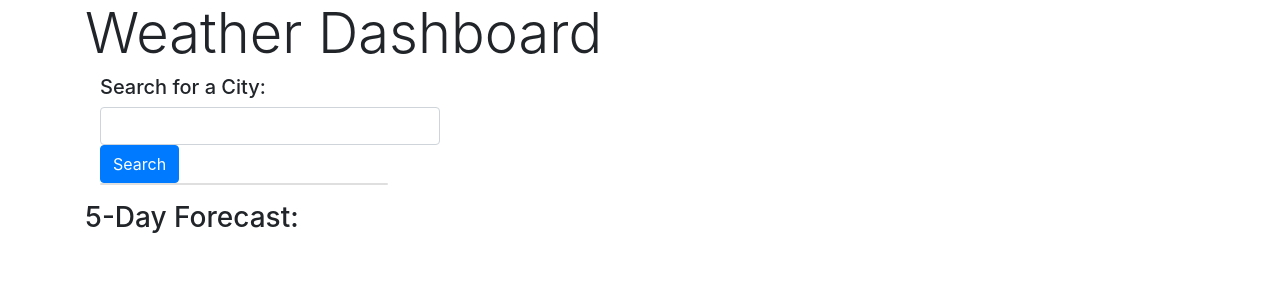
Repository: LaBrewT2/weather-dashboard
Page: index.html
The author's editor kept a copy of each file at every save. The page is drawn from the files as they stood at one save, then again after the next save.
The browser window is 1280 px wide. The pictures show the whole page.
Some web libraries are served in a nearby version.

Above is the page before, as saved 2021-01-02 11:49:50.

After the next save:
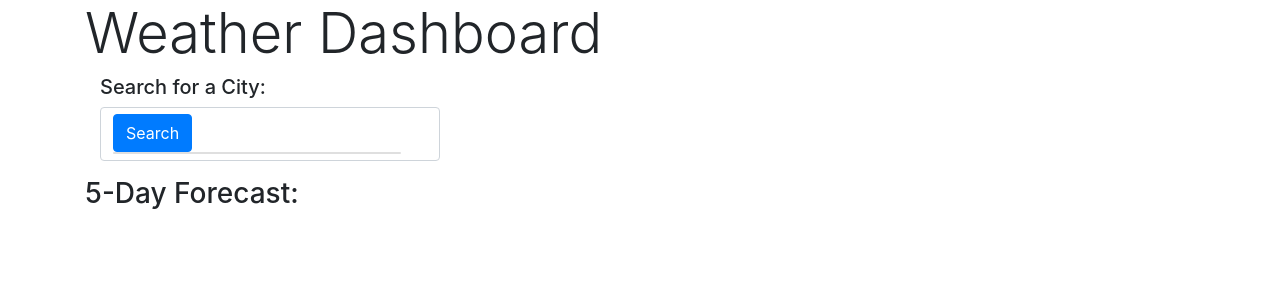
Saved 5 s later.
--- a/index.html
+++ b/index.html
@@ -28,7 +28,7 @@
 
     <form id="search">
     <h5>Search for a City:</h5>
-
+    <span id
     <input type="text" class="form-control" id="city" aria-describedby="basic-addon3">
     <input class="btn btn-primary" id="search" type="submit" value="Search">
 

After the 3 saves that followed:
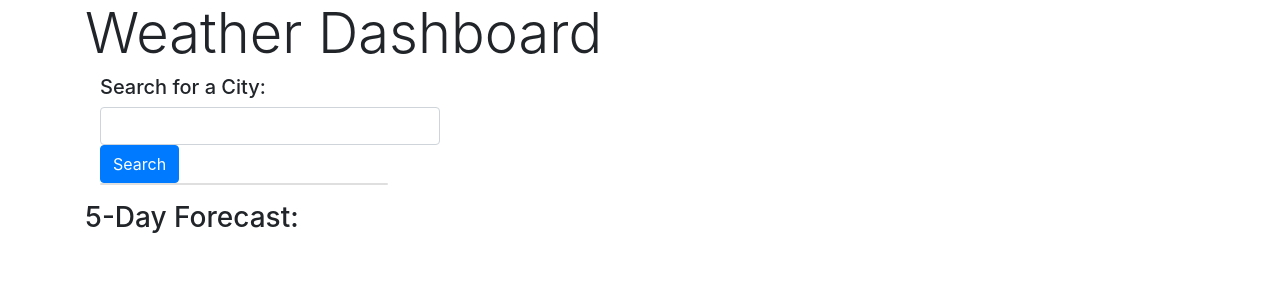
The 3 saves are shown as one change because 1 left the picture as it was and some came seconds apart.
The last was saved 11 s later.
--- a/index.html
+++ b/index.html
@@ -28,7 +28,7 @@
 
     <form id="search">
     <h5>Search for a City:</h5>
-    <span id
+    <span id="error"></span>
     <input type="text" class="form-control" id="city" aria-describedby="basic-addon3">
     <input class="btn btn-primary" id="search" type="submit" value="Search">
 
